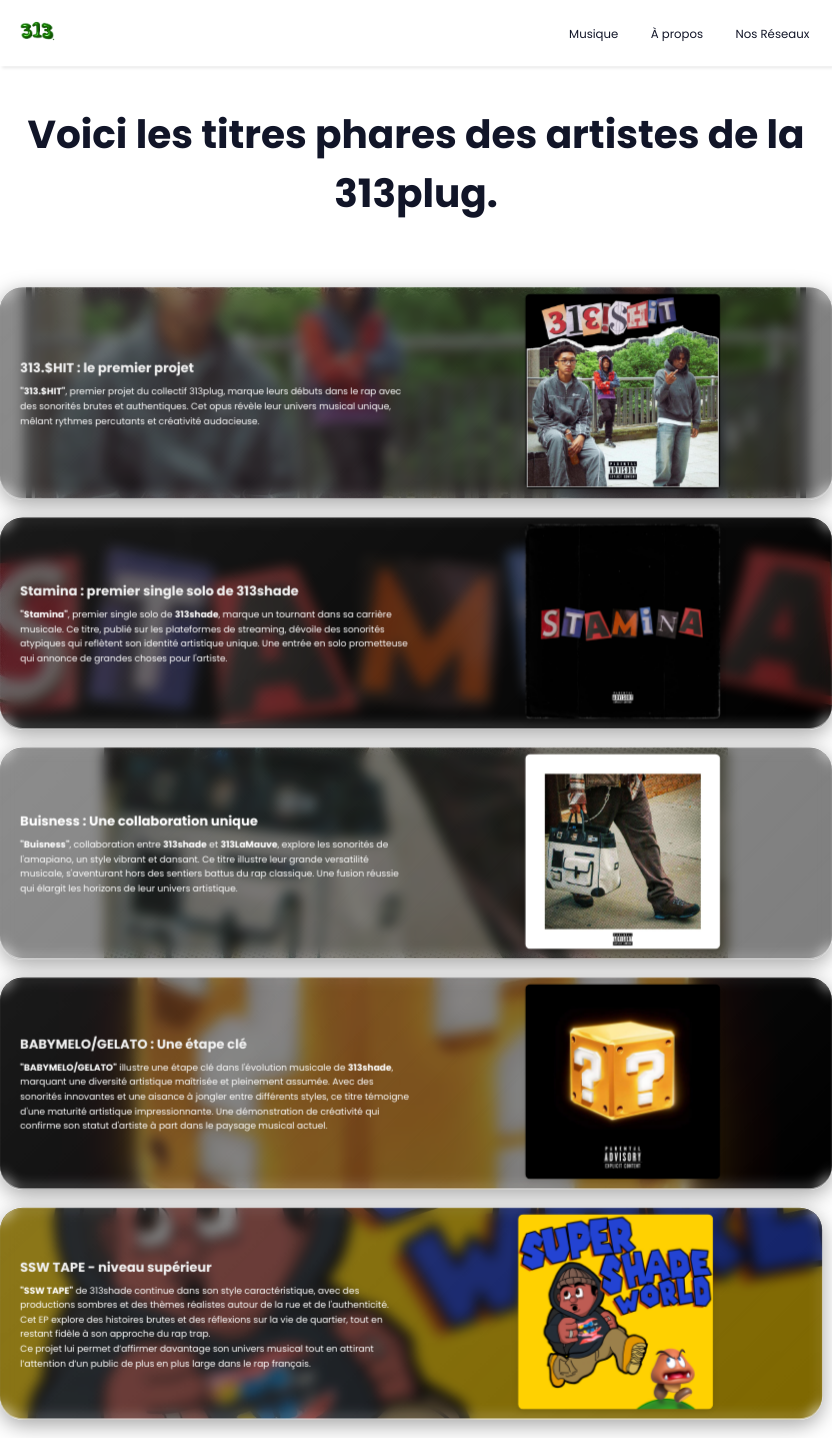
Repository: 313Kody/313plug-Site-Officiel
Page: musique.html
These files come from the project's save history. The page is drawn as it stood at one moment and after the next save; the edit follows.
The browser window is 1280 px wide. The pictures show the whole page, at 65% of full size.
Some web fonts or font styles are not loaded; a fallback is used.

Above is the page before, as saved 2024-11-24 19:08:25.

After the next save:
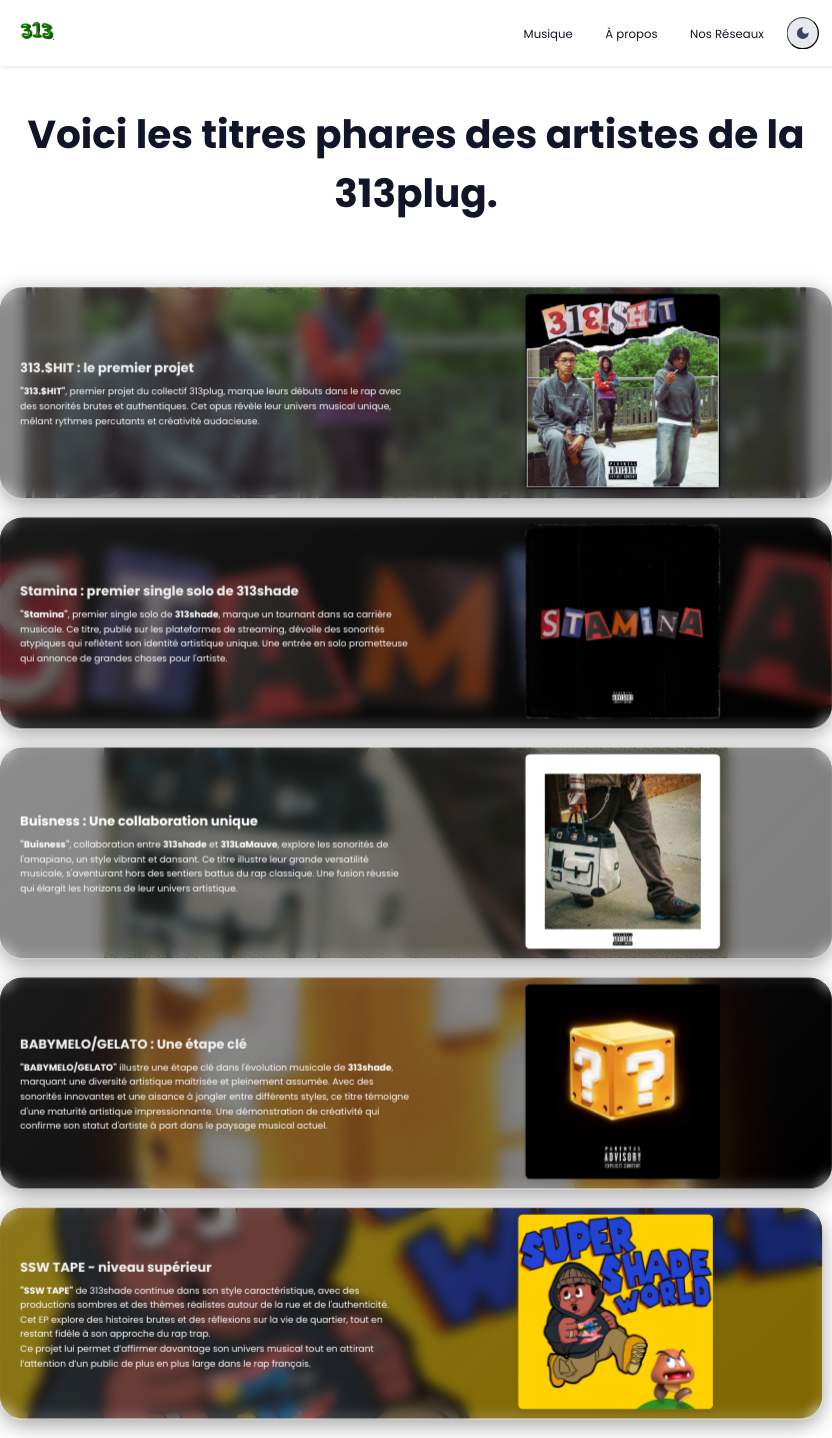
Saved 1 s later.
--- a/musique.html
+++ b/musique.html
@@ -6,6 +6,7 @@
    <title>313plug - Musique</title>
    <link rel="stylesheet" href="CSS/styles.css">
    <link href="https://fonts.googleapis.com/css2?family=Fugaz+One&family=Poppins:wght@100;200;300;400;500;600;700;800;900&display=swap" rel="stylesheet">
+   <script type="text/javascript" src="darkmode.js" defer></script>
 </head>
 <body>
    <nav class="main-nav">
@@ -19,6 +20,10 @@
          <li><a href="musique.html" target="_blank">Musique</a></li>
          <li><a href="propos.html" target="_blank">À propos</a></li>
          <li><a href="réseau.html" target="_blank">Nos Réseaux</a></li>
+         <button id="theme-switch">
+            <svg xmlns="http://www.w3.org/2000/svg" height="24px" viewBox="0 -960 960 960" width="24px" fill="#e8eaed"><path d="M480-120q-150 0-255-105T120-480q0-150 105-255t255-105q14 0 27.5 1t26.5 3q-41 29-65.5 75.5T444-660q0 90 63 153t153 63q55 0 101-24.5t75-65.5q2 13 3 26.5t1 27.5q0 150-105 255T480-120Z"/></svg>
+            <svg xmlns="http://www.w3.org/2000/svg" height="24px" viewBox="0 -960 960 960" width="24px" fill="#e8eaed"><path d="M480-280q-83 0-141.5-58.5T280-480q0-83 58.5-141.5T480-680q83 0 141.5 58.5T680-480q0 83-58.5 141.5T480-280ZM200-440H40v-80h160v80Zm720 0H760v-80h160v80ZM440-760v-160h80v160h-80Zm0 720v-160h80v160h-80ZM256-650l-101-97 57-59 96 100-52 56Zm492 496-97-101 53-55 101 97-57 59Zm-98-550 97-101 59 57-100 96-56-52ZM154-212l101-97 55 53-97 101-59-57Z"/></svg>
+         </button>
       </ul>
          <!-- Icône de menu pour la sidebar (visible uniquement sur mobile) -->
       <div class="menu-button" onclick="showsidebar()">
@@ -35,6 +40,10 @@
             <li><a href="musique.html" target="_blank">Musique</a></li>
             <li><a href="propos.html" target="_blank">À propos</a></li>
             <li><a href="réseau.html" target="_blank">Nos Réseaux</a></li>
+            <button id="theme-switch">
+               <svg xmlns="http://www.w3.org/2000/svg" height="24px" viewBox="0 -960 960 960" width="24px" fill="#e8eaed"><path d="M480-120q-150 0-255-105T120-480q0-150 105-255t255-105q14 0 27.5 1t26.5 3q-41 29-65.5 75.5T444-660q0 90 63 153t153 63q55 0 101-24.5t75-65.5q2 13 3 26.5t1 27.5q0 150-105 255T480-120Z"/></svg>
+               <svg xmlns="http://www.w3.org/2000/svg" height="24px" viewBox="0 -960 960 960" width="24px" fill="#e8eaed"><path d="M480-280q-83 0-141.5-58.5T280-480q0-83 58.5-141.5T480-680q83 0 141.5 58.5T680-480q0 83-58.5 141.5T480-280ZM200-440H40v-80h160v80Zm720 0H760v-80h160v80ZM440-760v-160h80v160h-80Zm0 720v-160h80v160h-80ZM256-650l-101-97 57-59 96 100-52 56Zm492 496-97-101 53-55 101 97-57 59Zm-98-550 97-101 59 57-100 96-56-52ZM154-212l101-97 55 53-97 101-59-57Z"/></svg>
+            </button>
       </ul>
    </aside>
       <script>
